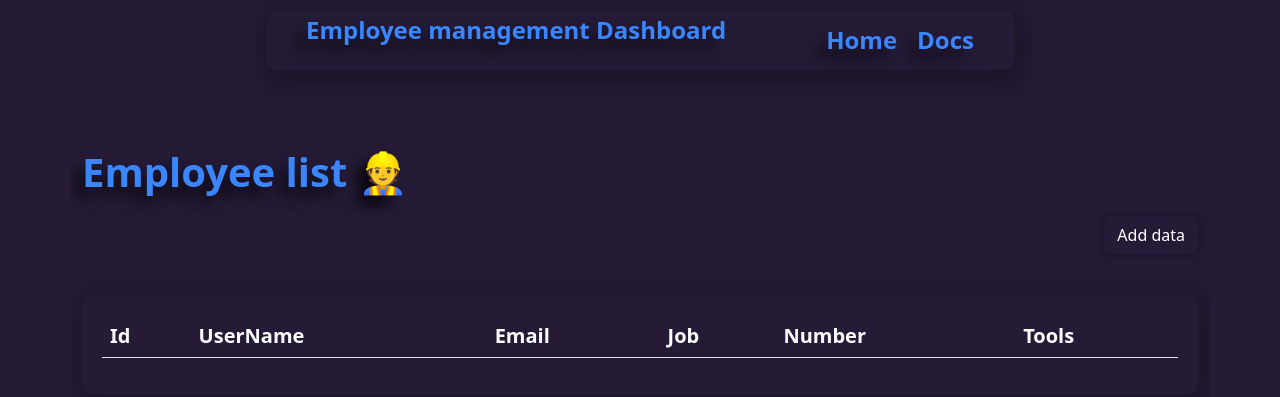
Repository: iamevs/Employee-Management-System
Page: /home (app in client/)
The author's editor kept a copy of each file at every save. The page is drawn from the files as they stood at one save, then again after the next save.
The browser window is 1280 px wide. The pictures show the whole page.
The page's requests for data from a server got no answer. The project was rebuilt for these pictures with package versions that can differ from the ones it lists, and the page was loaded fresh each time. No one was signed in, and anything a server would have sent is missing. Also part of the build but not shown: client/vite.config.js, client/src/components/Register.jsx, client/src/components/Edit.jsx, client/src/components/Hero.jsx. Imported but missing from the stored project, and not drawn on this page: client/src/components/Details.

Above is the page before, as saved 2022-11-29 00:28:55.

After the next save:
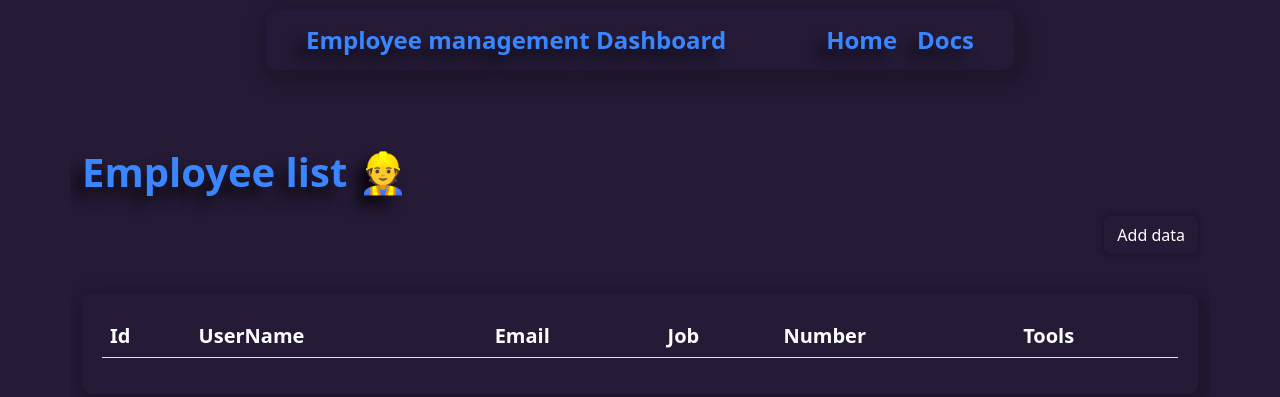
Saved 50 s later.
--- a/client/src/components/Navbar.jsx
+++ b/client/src/components/Navbar.jsx
@@ -19,10 +19,9 @@ const Navbar = () => {
             }}>
                 <Box sx={{
                     fontSize: "1.5rem",
-                        color: "#3a86ff",
-                        fontWeight: "600",
-                        marginBottom: "20px",
-                        textShadow: "-10px 10px 15px rgba(0, 0, 0, 0.8)",
+                    color: "#3a86ff",
+                    fontWeight: "600",
+                    textShadow: "-10px 10px 15px rgba(0, 0, 0, 0.8)",
                     marginRight: "100px"
                 }}>Employee management Dashboard</Box>
                 <Box direction={"row"}>
@@ -30,7 +29,6 @@ const Navbar = () => {
                         fontSize: "1.5rem",
                         color: "#3a86ff",
                         fontWeight: "600",
-                        marginBottom: "20px",
                         textShadow: "-10px 10px 15px rgba(0, 0, 0, 0.8)",
                         textDecoration: "none",
                     }}>Home</a>
@@ -38,7 +36,6 @@ const Navbar = () => {
                         fontSize: "1.5rem",
                         color: "#3a86ff",
                         fontWeight: "600",
-                        marginBottom: "20px",
                         textShadow: "-10px 10px 15px rgba(0, 0, 0, 0.8)",
                         textDecoration: "none",
                         marginLeft: "20px"
